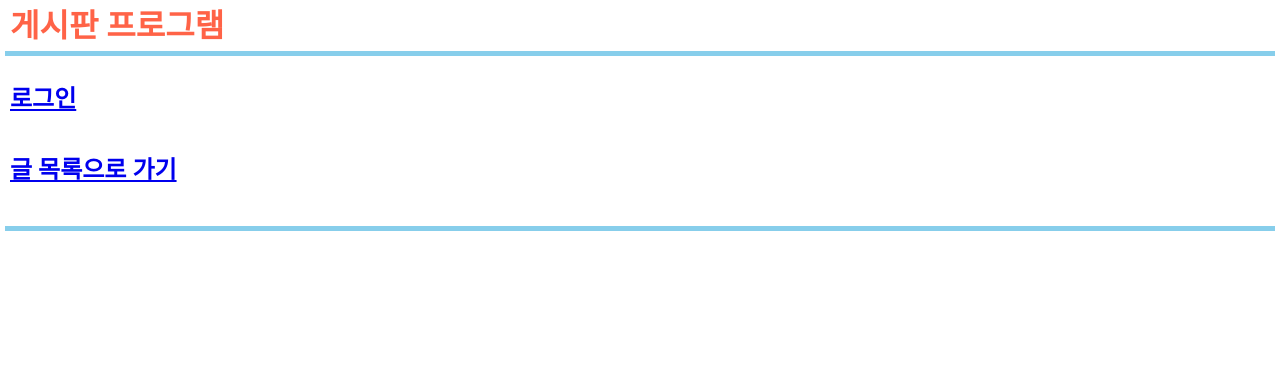
Repository: SRH-doit/doit_assignment
Page: http://localhost/myboard/
An editor plug-in stored every save of this project. The page is shown before and after the next save, followed by the edit.
The browser window is 1280 px wide. The pictures show the whole page.
The page is served by Tomcat 9. Nobody is signed in. The application's start-up code is not run.

Above is the page before, as saved 2023-06-03 06:04:32.

After the next save:
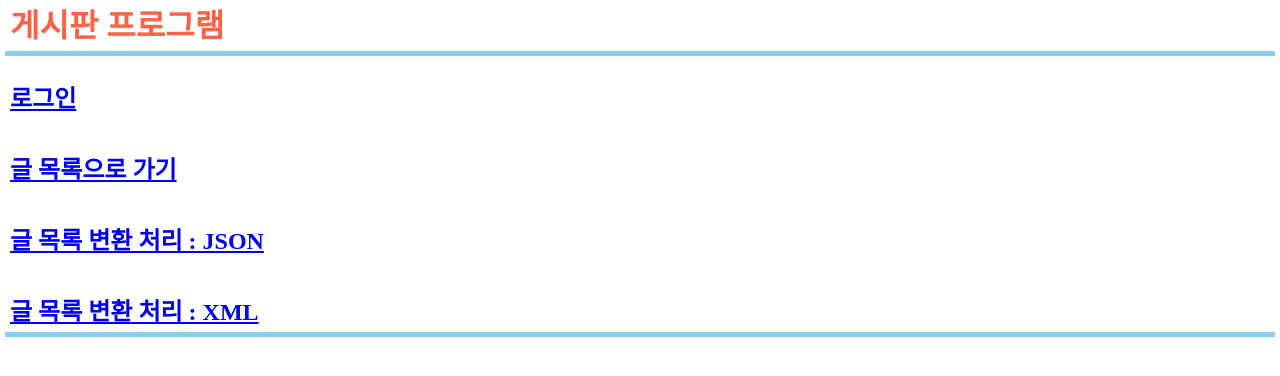
Saved 2 min 39 s later.
--- a/곽정근/mySpring/myboard/src/main/webapp/index.jsp
+++ b/곽정근/mySpring/myboard/src/main/webapp/index.jsp
@@ -11,6 +11,8 @@
 <h1>게시판 프로그램</h1><hr/><br/>
 <h3><a href="login.do">로그인</a></h3><br></br>
 <h3><a href="getBoardList.do">글 목록으로 가기</a></h3><br></br>
+<h3><a href="dataTransformJSON.do">글 목록 변환 처리 : JSON</a></h3><br></br>
+<h3><a href="dataTransformXML.do">글 목록 변환 처리 : XML</a></h3>
 <hr/>
 </body>
 </html>
